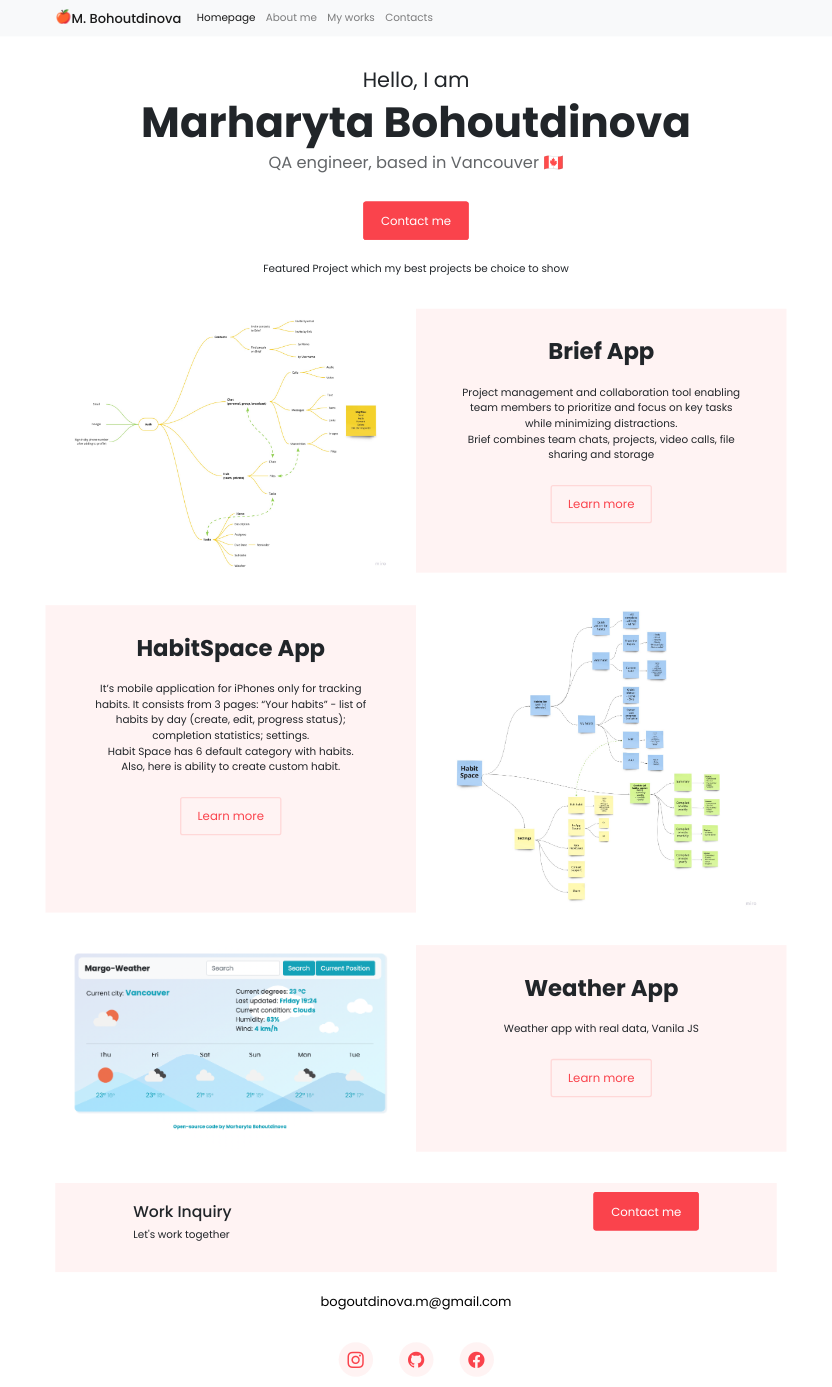
Repository: Bohoutdinova/Portfolio_week-4
Page: index.html
The author's editor kept a copy of each file at every save. The page is drawn from the files as they stood at one save, then again after the next save.
The browser window is 1280 px wide. The pictures show the whole page, at 65% of full size.
Some web libraries are served in a nearby version.

Above is the page before, as saved 2022-08-15 13:26:58.

After the next save:
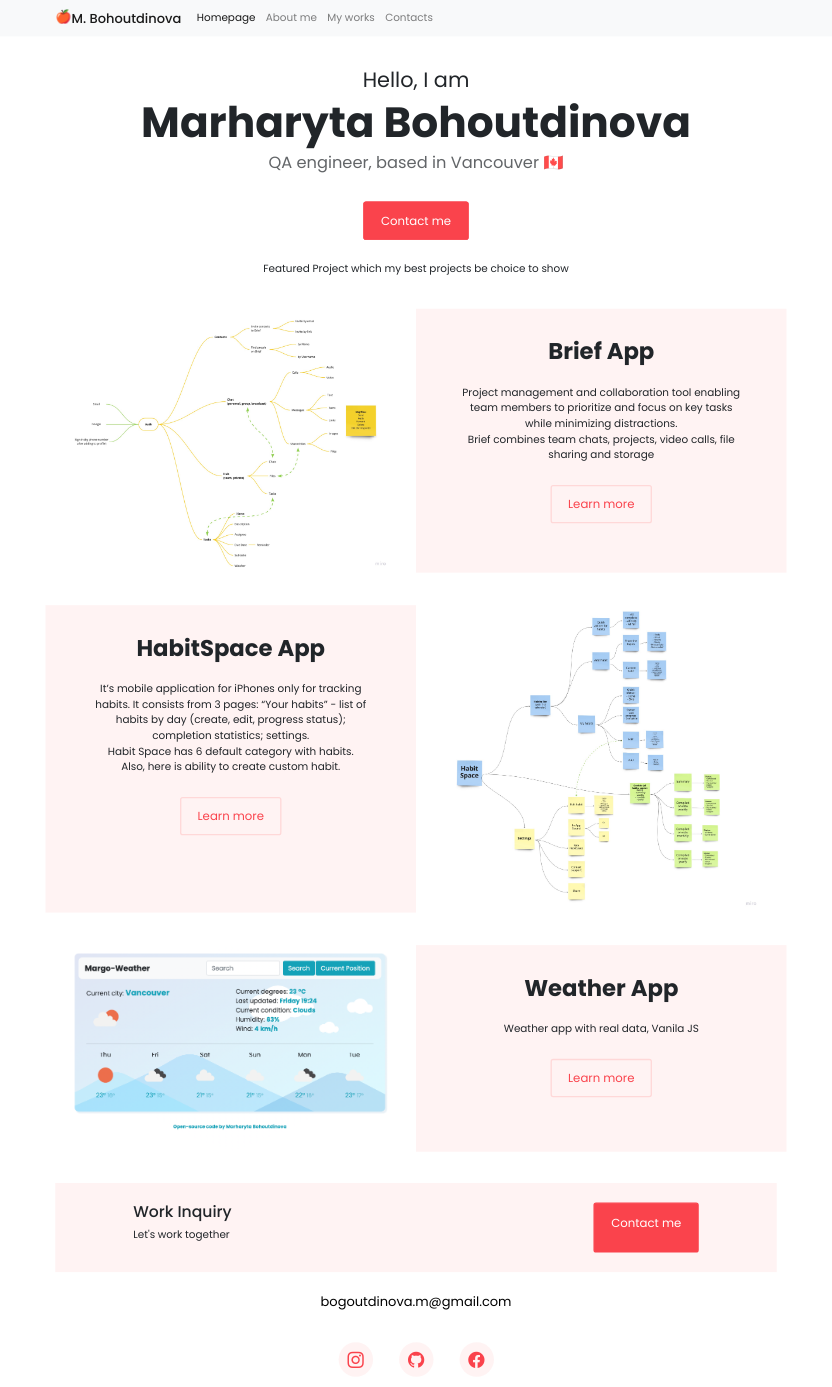
Saved 17 min 20 s later.
--- a/index.html
+++ b/index.html
@@ -196,14 +196,10 @@
             <h4>Work Inquiry</h4>
             <p>Let's work together</p>
           </div>
-          <div>
-            <a
-              href="/contact.html"
-              class="contact-me rounded"
-              title="Contact me"
-              >Contact me</a
-            >
-          </div>
+
+          <a href="/contact.html" class="contact-me rounded" title="Contact me"
+            >Contact me</a
+          >
         </div>
         <div class="mail-link-footer d-flex justify-content-center">
           <a

After the save that followed:
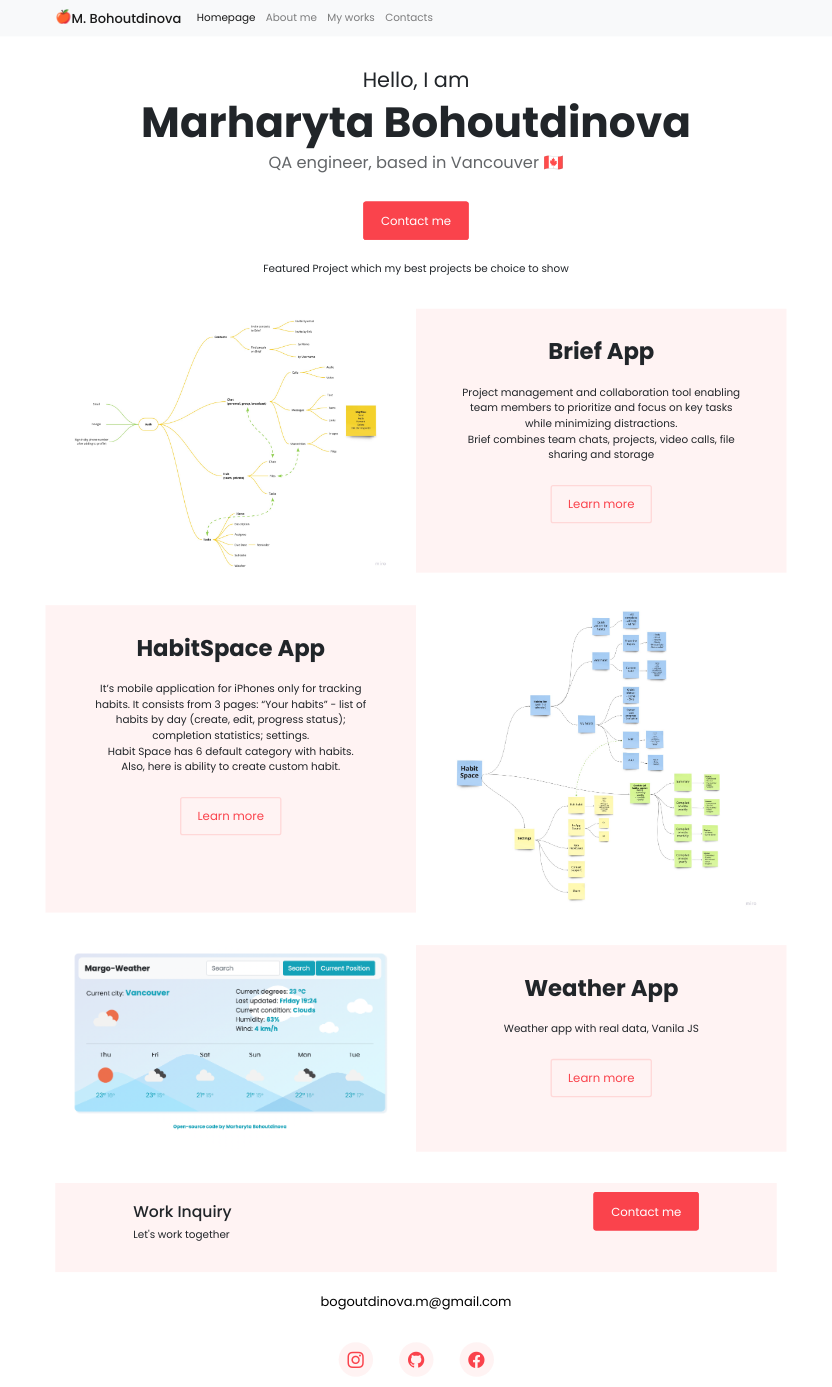
Saved 47 s later.
--- a/index.html
+++ b/index.html
@@ -196,10 +196,14 @@
             <h4>Work Inquiry</h4>
             <p>Let's work together</p>
           </div>
-
-          <a href="/contact.html" class="contact-me rounded" title="Contact me"
-            >Contact me</a
-          >
+          <div>
+            <a
+              href="/contact.html"
+              class="contact-me rounded"
+              title="Contact me"
+              >Contact me</a
+            >
+          </div>
         </div>
         <div class="mail-link-footer d-flex justify-content-center">
           <a
